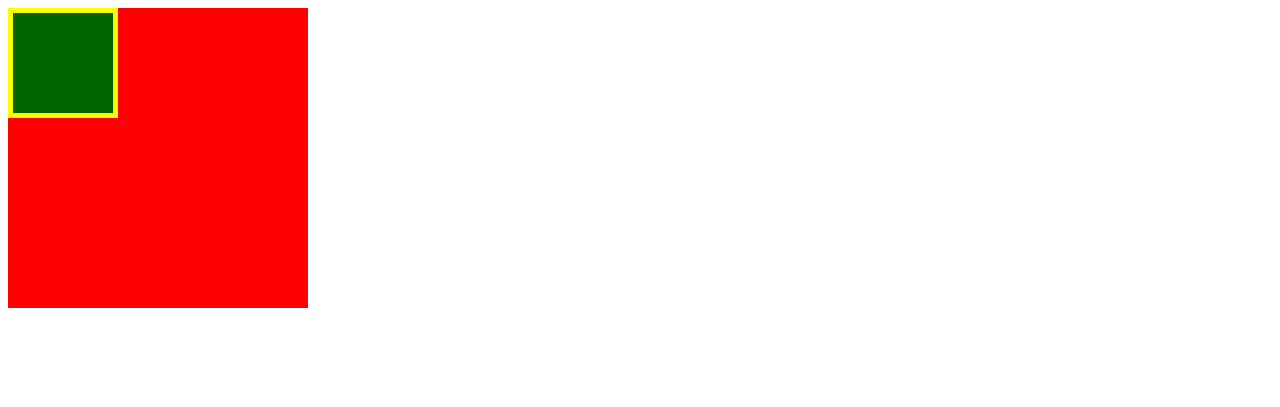
Repository: newyorkey/exercise1
Page: box/box.html
The author's editor kept a record of every edit. The page is drawn from the files as they stood at one moment, then again after the next edit.
The browser window is 1280 px wide. The pictures show the whole page.

Above is the page before.

### box/box.html
<!DOCTYPE html>
<html lang="ja">
  <head>
    <meta charset="UTF-8" />
    <!-- CSSファイルの読み込み -->
    <link rel="stylesheet" href="box.css" />
    <title>BOX</title>
  </head>

  <body>
    <!-- box1用のdiv -->
    <div class="box1">
     <div class="box2"></div>

    </div>
  </body>
</html>

### box/box.css
.box1 {
  width: 300px;
  height: 300px;
  background-color: #FF0000;
}

.box2 {
  width: 100px;
  height: 100px;
  background-color: #006400;
  border: 5px solid yellow;

}

After the next edit:
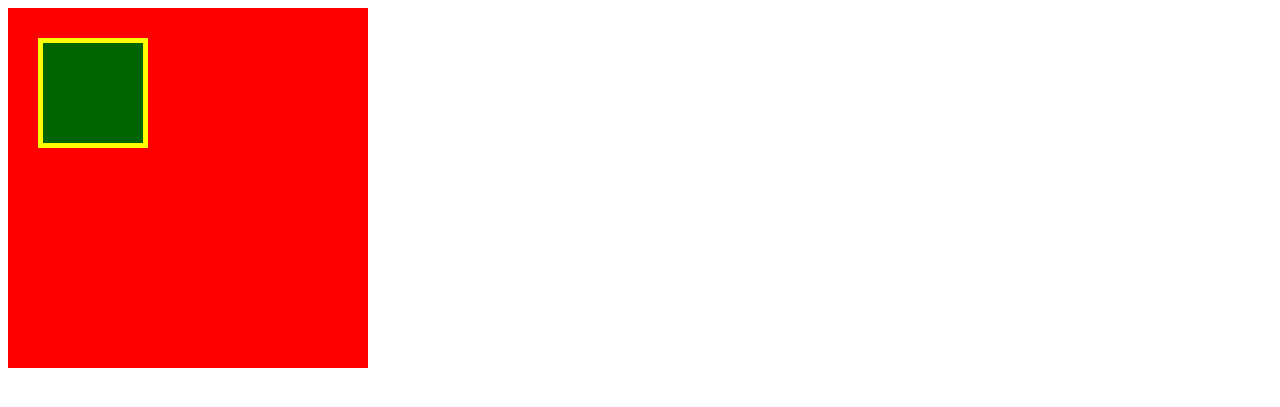
The edit:
--- a/box/box.css
+++ b/box/box.css
@@ -2,6 +2,8 @@
   width: 300px;
   height: 300px;
   background-color: #FF0000;
+  margin-bottom: 30px;
+  padding: 30px;
 }
 
 .box2 {
